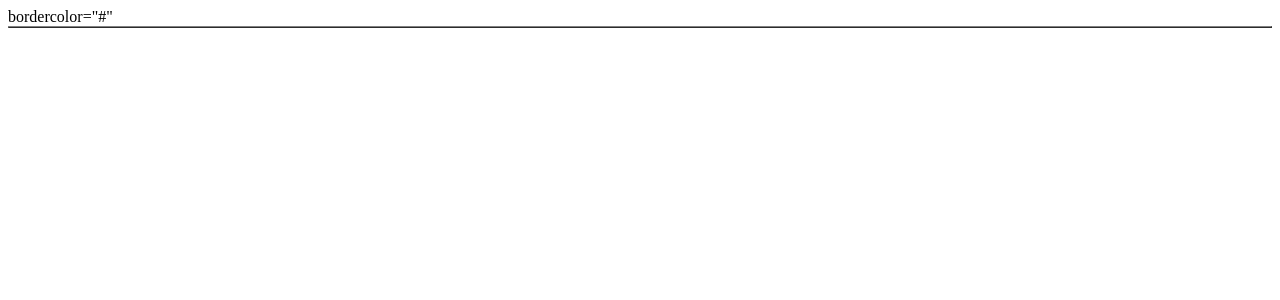
Repository: ljx1197678031/Wed-Design
Page: practice/2.html
An editor plug-in stored every save of this project. The page is shown before and after a run of saves, followed by the edit.
The browser window is 1280 px wide. The pictures show the whole page.

Above is the page before, as saved 2020-06-03 16:04:09.

After the next 2 saves:
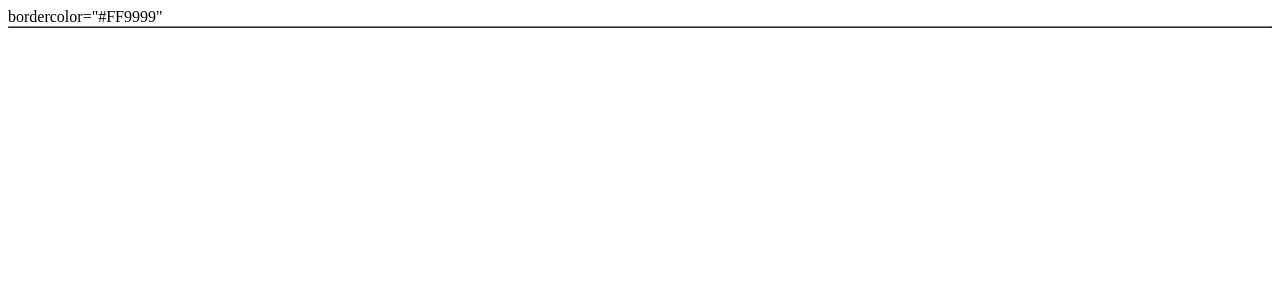
The 2 saves are shown as one change because they came seconds apart.
The last was saved 6 s later.
--- a/practice/2.html
+++ b/practice/2.html
@@ -8,7 +8,7 @@
 <body>
     <form action="#" method="post">
         <table border="1" width="100%" cellpadding="0" cellspacing="0">
-            bordercolor="#"
+            bordercolor="#FF9999"
         </table>
     </form>
 </body>
